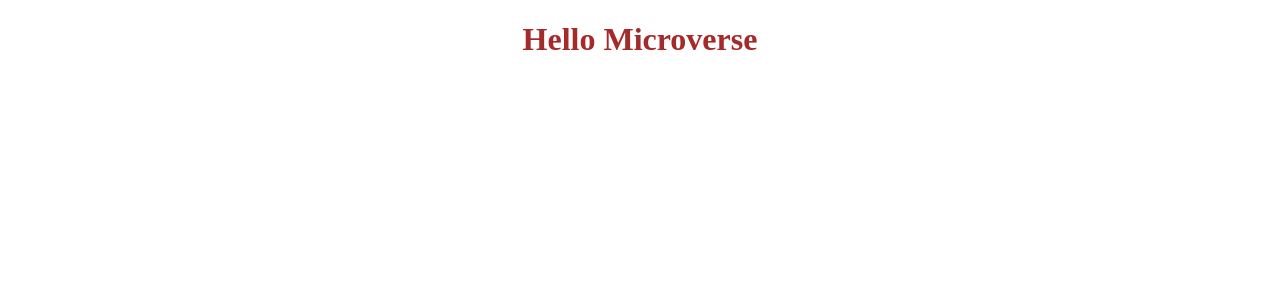
Repository: Shambo-arch/Hellloo-World-
Page: index.html
The author's editor kept a copy of each file at every save. The page is drawn from the files as they stood at one save, then again after the next save.
The browser window is 1280 px wide. The pictures show the whole page.

Above is the page before, as saved 2022-02-08 18:57:40.

After the next save:
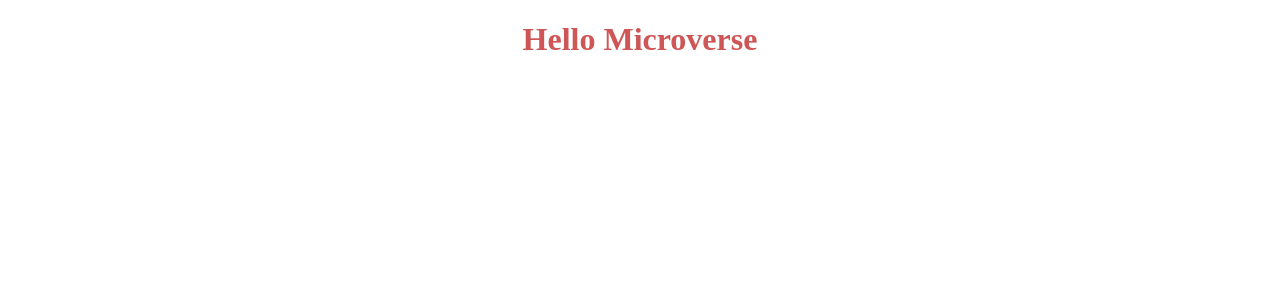
Saved 33 min 29 s later.
--- a/style.css
+++ b/style.css
@@ -1,4 +1,4 @@
 h1 {
-  color: brown;
-  text-align: center;
+   color: rgb(206, 86, 86);
+   text-align: center;
 }
